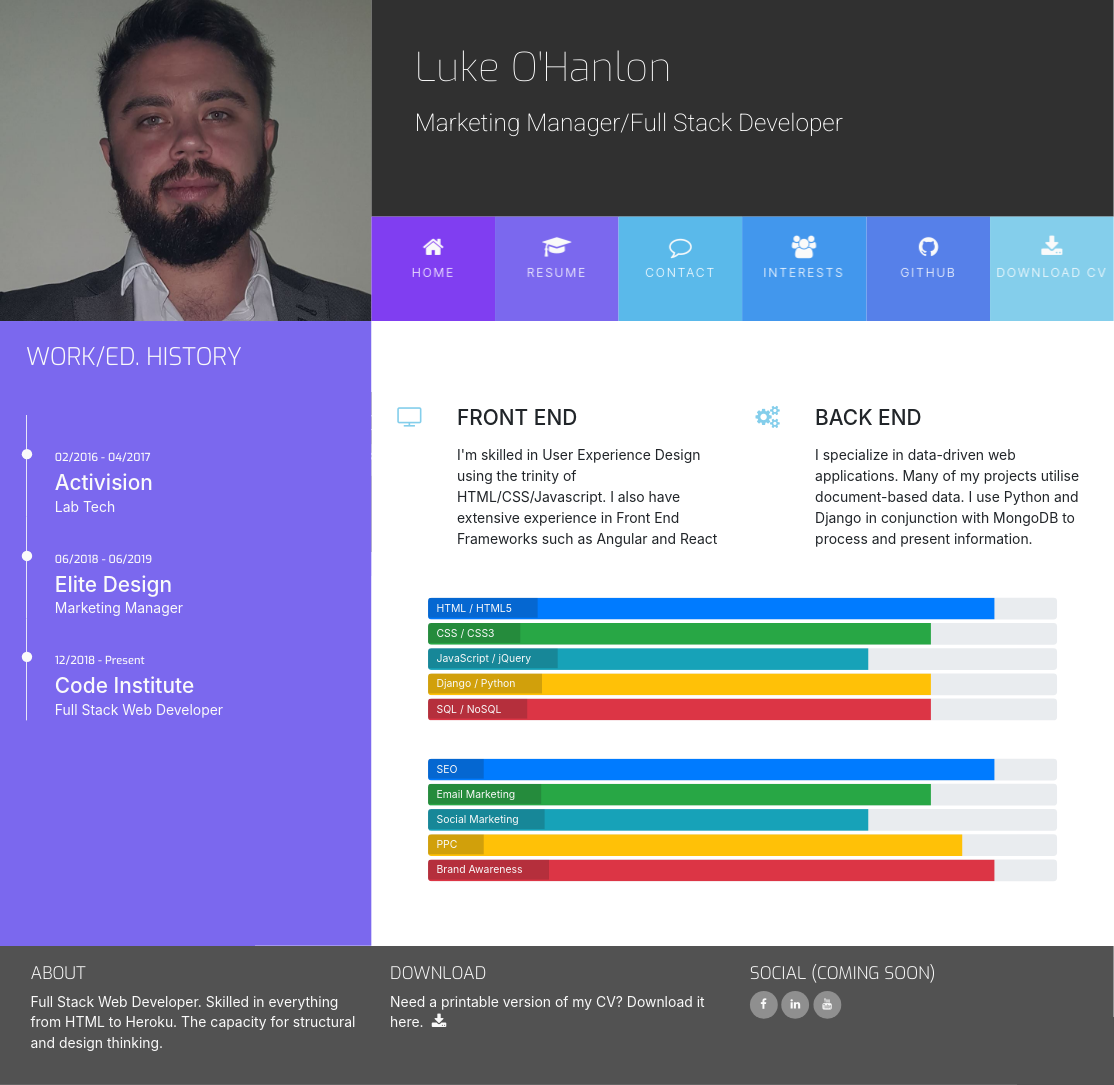
Repository: luke0han/my-resume
Page: resume.html
The author's editor kept a record of every edit. The page is drawn from the files as they stood at one moment, then again after the next edit.
The browser window is 1280 px wide. The pictures show the whole page, at 87% of full size.
Some web libraries are served in a nearby version.

Above is the page before.

After the next edit:
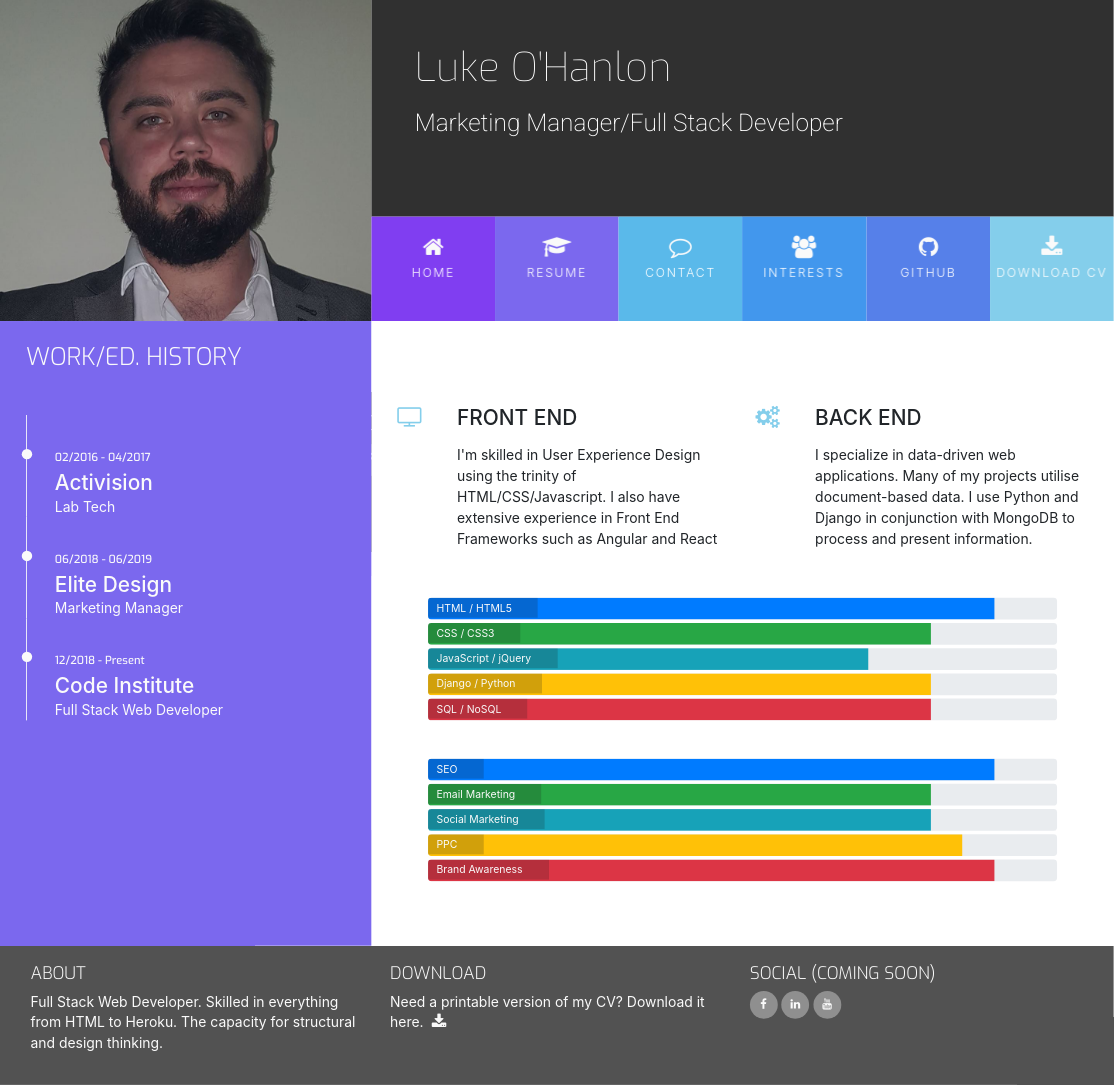
The edit:
--- a/resume.html
+++ b/resume.html
@@ -160,7 +160,7 @@
                             <span class="progress-type">Email Marketing</span>
                         </div>
                         <div class="progress">
-                            <div class="progress-bar bg-info" role="progressbar" aria-valuenow="70" aria-valuemin="0" aria-valuemax="100" style="width:70%;">
+                            <div class="progress-bar bg-info" role="progressbar" aria-valuenow="70" aria-valuemin="0" aria-valuemax="100" style="width:80%;">
                                 <span class="sr-only">80% complete</span>
                             </div>
                             <span class="progress-type">Social Marketing</span>
